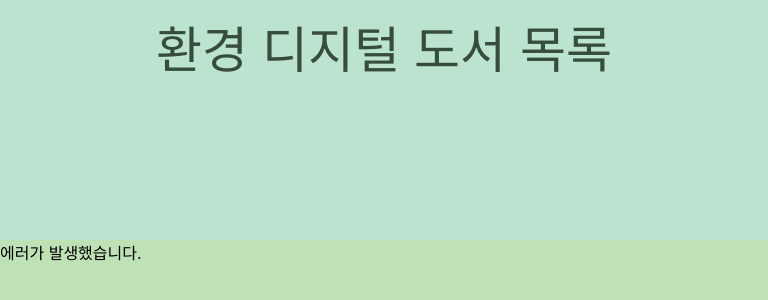
Repository: sojihwan/API
Page: / (app in contents/)
An editor plug-in stored every save of this project. The page is shown before and after the next save, followed by the edit.
The browser window is 768 px wide. The pictures show the whole page.
The page's requests for data from a server got no answer. The project was rebuilt for these pictures with package versions that can differ from the ones it lists, and the page was loaded fresh each time. No one was signed in, and anything a server would have sent is missing. Also part of the build but not shown: contents/src/css/Select.css, contents/src/css/Modal.css, contents/src/content/Modal.js.

Above is the page before, as saved 2022-05-26 13:25:34.

### contents/src/App.js
import React from 'react';
import Body from './Body/Body';
import Header from './Header/Header';

function App() {
  return (
    <div>
      <Header/>
      <Body/>
    </div>
  );
}

export default App;

### contents/src/Body/Body.js
import React from "react";
import Booklist from "../content/Booklist";
import "../css/Body.css"
function Body(){
  return(
    <div className="Body">
      <Booklist></Booklist>
    </div>
  );
}

export default Body

### contents/src/Header/Header.js
import React from "react";
import "../css/Header.css"

function Header(){
  return(
    <div className="Header">
      <header>
        <p>환경 디지털 도서 목록</p>
      </header>
    </div>
  );
}

export default Header

### contents/src/content/Booklist.js
/* eslint-disable jsx-a11y/alt-text */
import React,{useState,useEffect} from "react";
import axios from "axios";
import "../css/Select.css"
import Modal from "./Modal.js";

function Select(){
  const [api, setApi] = useState(null);
  const [loading, setLoading] = useState(false);
  const [error, setError] = useState(null);
  const [id,setId] = useState({})
  const [page , setPage] = useState(1)
  useEffect(() => {
    const fetchapi = async () => {
      try{
        setApi(null);
        setError(null);
        setLoading(true);
        const reponse = await axios.get(
          `http://library.me.go.kr/pyxis-api/1/collections/1/search?all=k|a|library`
        );
        setApi(reponse.data)
      }catch (e){
         setError(e)
      }
      setLoading(false)
    };
    fetchapi();
  },[])

  if (loading) return <div>로딩중..</div>
  if(error) return <div>에러가 발생했습니다.</div>
  if(!api) return null

  function model(){

    const modal = document.getElementById("modal");
    modal.style.display = "flex";
  }
  const onBef = async () => {
    if(page <= 1 ){
      setPage(1)
      console.log(page)
      const reponse = await axios.get(
      `http://library.me.go.kr/pyxis-api/1/collections/${page}/search?all=k|a|library`
    );
    setApi(reponse.data)
      alert("첫패이지 입니다");
      return 0;
    }
    setPage(page-1)
    console.log(page)
    const reponse = await axios.get(
      `http://library.me.go.kr/pyxis-api/1/collections/${page}/search?all=k|a|library`
    );
    setApi(reponse.data)
  }
  const onNaxt = async () => {
    if(page===9){
      alert("마지막 페이지 입니다.")
      return 0
    }
    console.log(page)
    setPage(page+1)
    const reponse = await axios.get(
      `http://library.me.go.kr/pyxis-api/1/collections/${page}/search?all=k|a|library`
      );
    setApi(reponse.data);
  }
  function idgive(key){
    setId(key)
  }
  return (
    <div className="taxt">
    {
            api.data.list.map((item,index) => {
              return(
                <div className="img" key={index} onClick={() => {idgive(api.data.list[index])}}>
                  <img className="bookimg" onClick={model} src={(api.data.list[index].thumbnailUrl != null)?api.data.list[index].thumbnailUrl:'img/ddd.jpg'}
                  /><br/>
                  <div className="Hidden">
                  <b className="booktitle">{api.data.list[index].titleStatement}</b>
                  </div>
                </div>
              );
            }
            )
          }
          <Modal id={id}/>
        <button id="B" className="w-btn w-btn-green" onClick={onBef} type="button">이전</button>
        <button id="N" className="w-btn w-btn-green" onClick={onNaxt} type="button">다음</button>

  </div>
)
}

export default Select

### contents/src/css/Body.css
@media ( max-width: 770px ) {
.Body{
  background-color: rgba(102, 184, 83, 0.422);
  position: fixed;
  top: 30%;
  left: 0px;
  width: 110%;
  height: 70%;
  overflow: auto;
}
}
@media ( min-width: 771px ) {
  .Body{
    background-color: rgba(102, 184, 83, 0.422);
    position: fixed;
    top: 30%;
    left: 0px;
    width: 100%;
    height: 100%;
  }
}

### contents/src/css/Header.css
@media ( max-width: 770px ) {
  .Header{
    height: 30%;
    background-color: rgba(116, 198, 156, 0.486);
    width: 100%;
    position: fixed;
    left: 0px;
    top: 0px;
}
header{
  text-align: center;
  font-size: 50px;
  color: rgb(55, 77, 59);
}
p{
  margin-top: 10px;
}

}
@media ( min-width: 771px ) {
  .Header{
    height: 30%;
    background-color: rgba(116, 198, 156, 0.486);
    width: 100%;
    position: fixed;
    left: 0px;
    top: 0px;
}
header{
  text-align: center;
  font-size: 100px;
  color: rgb(55, 77, 59);
}
p{
  margin-top: 40px;
}
}

Loaded but not shown: contents/public/index.html (common file); contents/src/index.js (common file); contents/src/index.css (common file); contents/src/reportWebVitals.js (common file)

After the next save:
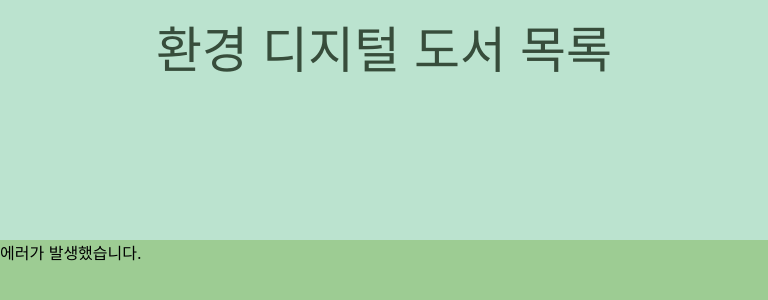
Saved 3 min 5 s later.
--- a/contents/src/css/Body.css
+++ b/contents/src/css/Body.css
@@ -1,6 +1,6 @@
 @media ( max-width: 770px ) {
 .Body{
-  background-color: rgba(102, 184, 83, 0.422);
+  background-color: rgba(25, 134, 0, 0.422);
   position: fixed;
   top: 30%;
   left: 0px;
